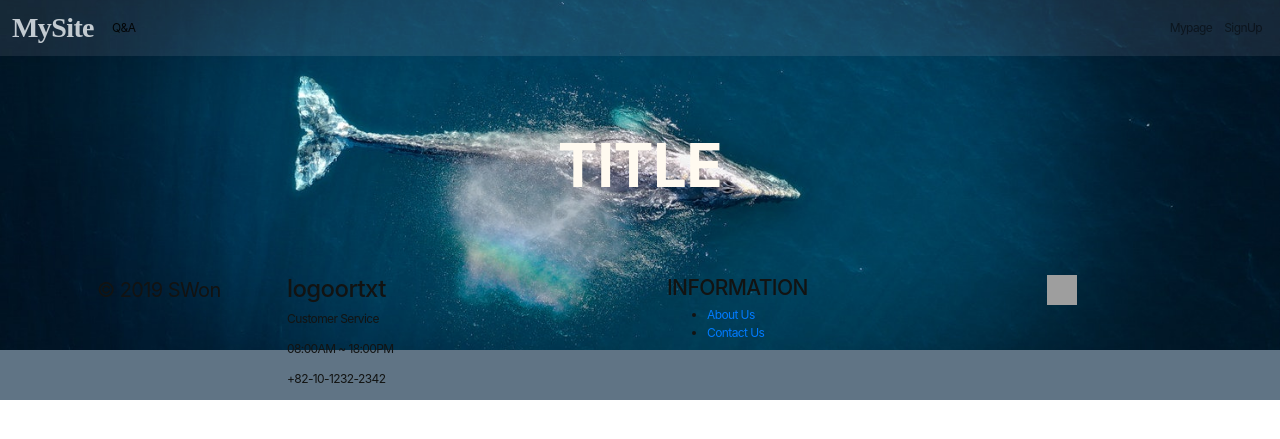
Repository: JungSWon/Project
Page: http://localhost/
The author's editor kept a record of every edit. The page is drawn from the files as they stood at one moment, then again after the next edit.
The browser window is 1280 px wide. The pictures show the whole page.
Pictures or frames that could not be fetched are drawn as grey boxes. Some web fonts or font styles are not loaded; a fallback is used. The page is served by the project's application, run on Django 2.2 (pj05/manage.py).

Above is the page before.

After the next edit:
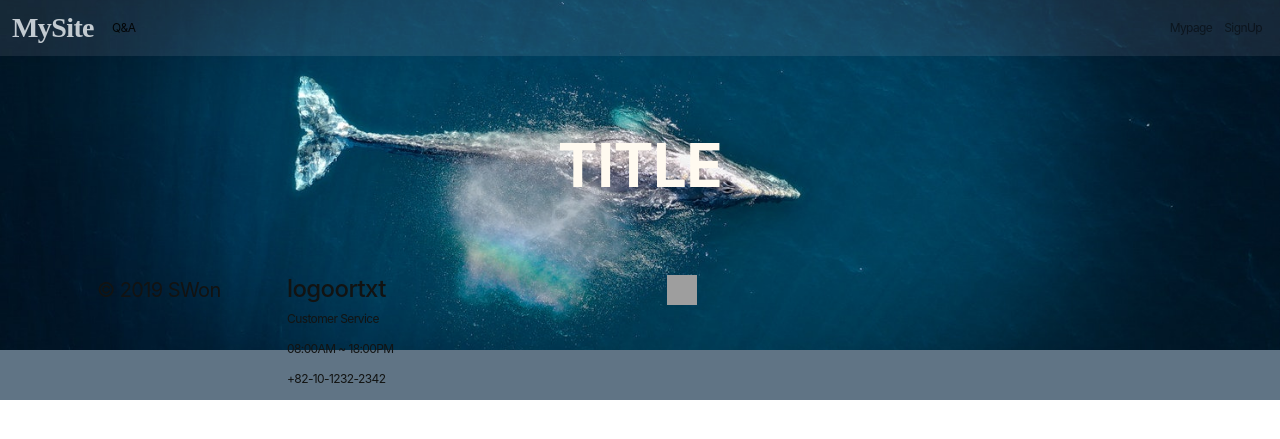
The edit:
--- a/05_detail/pj05/detail/templates/index.html
+++ b/05_detail/pj05/detail/templates/index.html
@@ -28,13 +28,7 @@
                 <p class="footer-text">08:00AM ~ 18:00PM</p>
                 <p class="footer-text">+82-10-1232-2342</p>
             </div>
-            <div class="col-4" >
-                <h3 class='footer-title'>INFORMATION</h3>
-                <ul class='footer-text'>
-                    <li><a href="#">About Us</a></li>
-                    <li><a href="#">Contact Us</a></li>
-                </ul>
-            </div>
+
             <div class="col-2" >
                 <a href="#" class="top"><img src="../02.web/assets/Arrows-Right-Arrow-icon.png" alt=""></a>
             </div>
